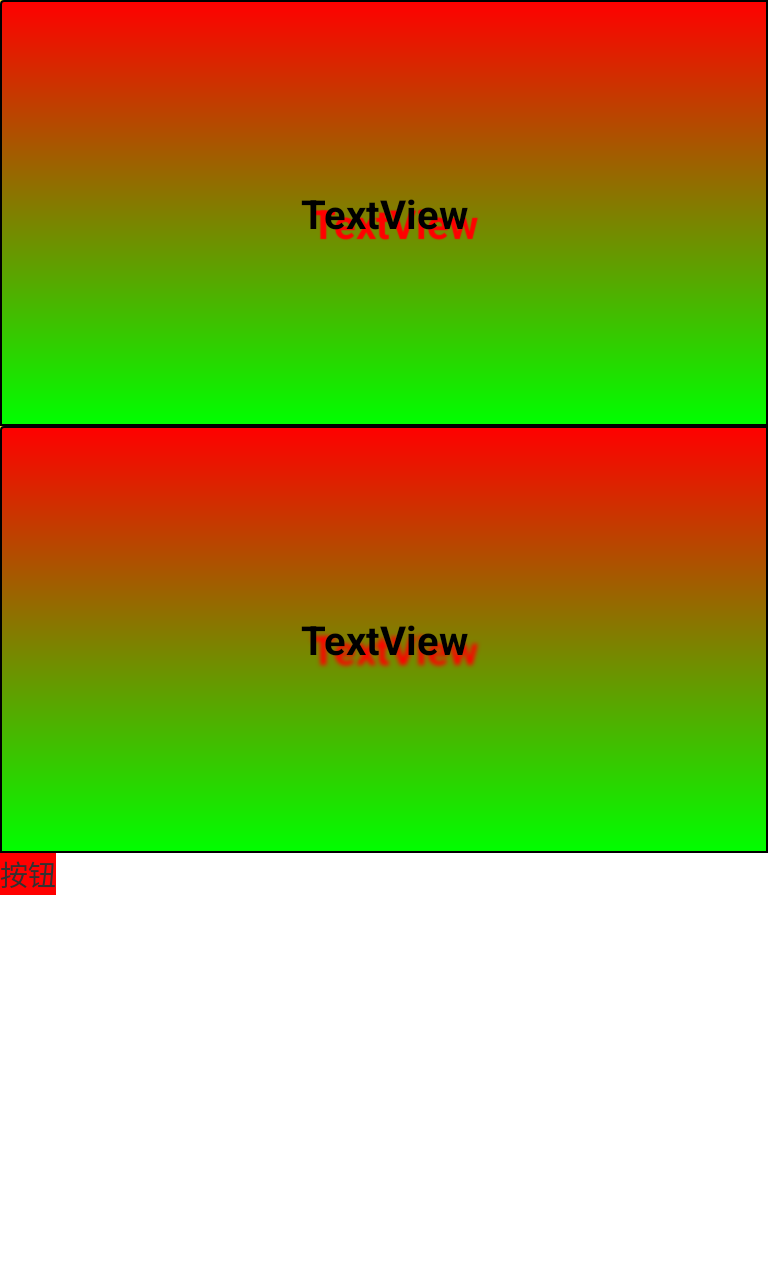
Repository: yhtaphp/yhtqgit
Layout: android/TextView/res/layout/activity_main.xml
The author's editor kept a copy of each file at every save. The layout is drawn from the files as they stood at one save, then again after a run of saves.
It is drawn on a 768 x 1280 px phone screen (xhdpi) without system bars, with theme AppTheme; the app's code is not run.

Above is the layout before, as saved 2016-09-11 13:45:31.

After the next 2 saves:
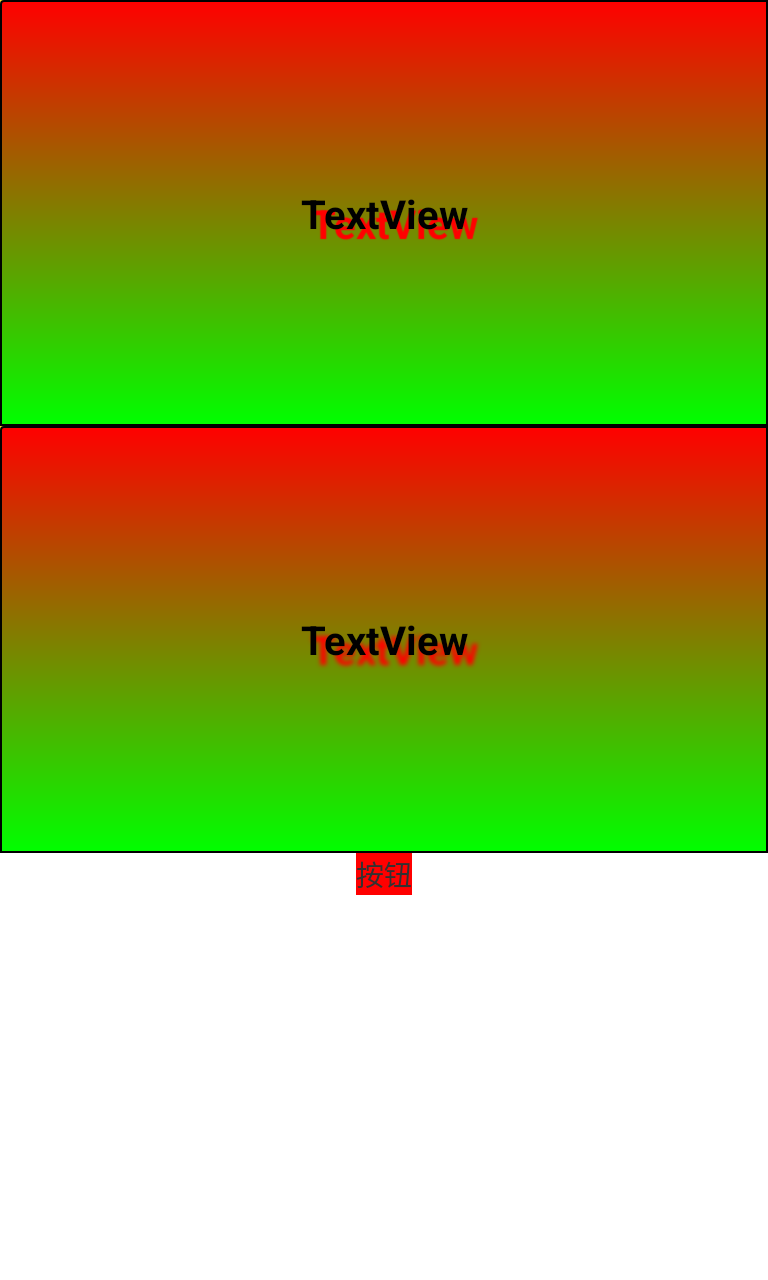
The 2 saves are shown as one change because 1 did not build or start.
The last was saved 28 s later.
--- a/android/TextView/res/layout/activity_main.xml
+++ b/android/TextView/res/layout/activity_main.xml
@@ -40,7 +40,7 @@
        android:layout_weight="1"
        android:layout_width="match_parent"
        android:layout_height="0dp"
-       android:orientation="horizontal"
+       android:orientation="vertical"
        android:background="#fff"
        >
        <TextView
